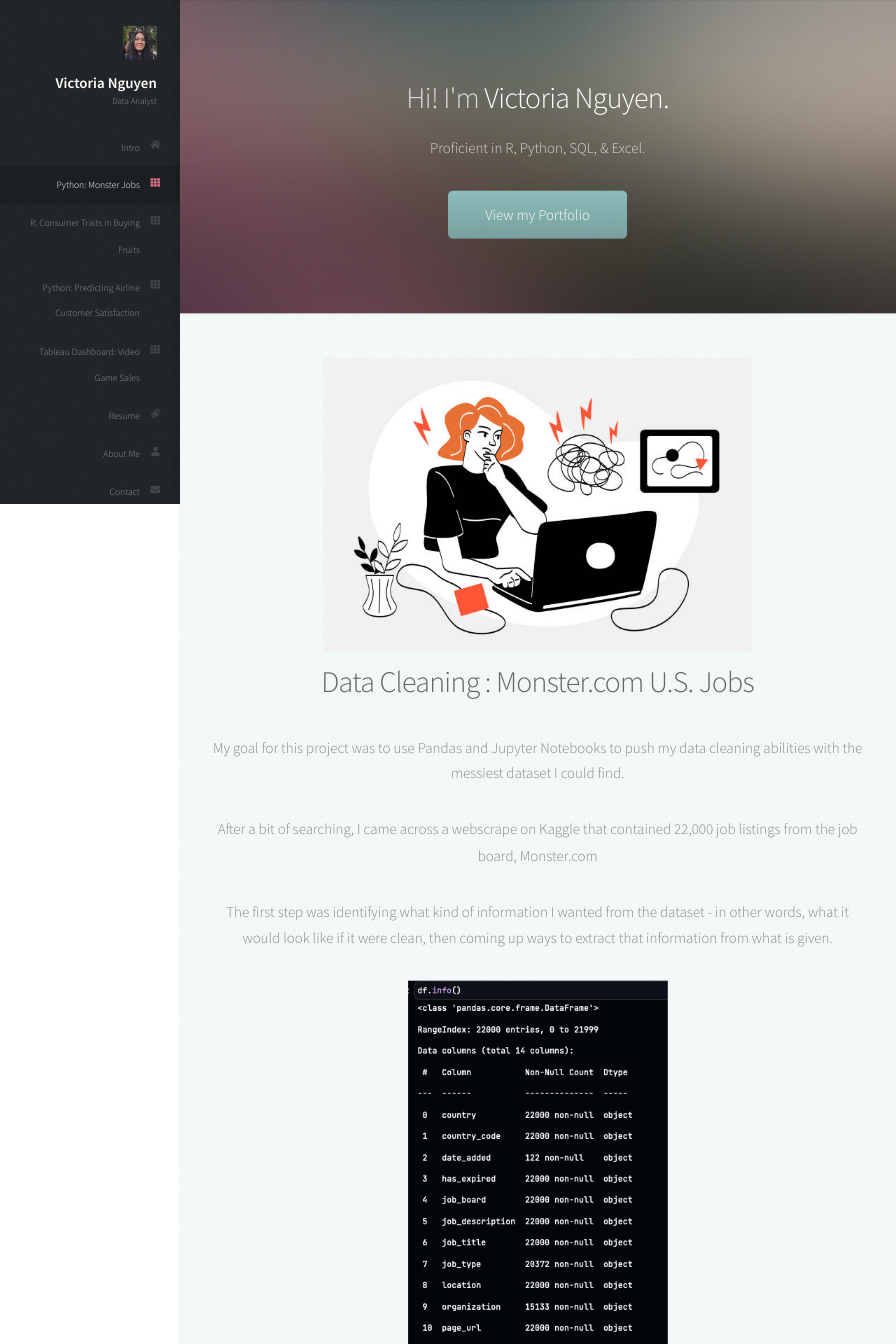
Repository: VictoriaTCNguyen/VictoriaTCNguyen
Page: index.html
These files come from the project's save history. The page is drawn as it stood at one moment and after the next save; the edit follows.
The browser window is 1280 px wide. The pictures show the part of the page from y = 0 to 1920 px (the page is 12207 px tall), at 70% of full size.

Above is the page before, as saved 2023-06-13 20:39:01.

After the next save:
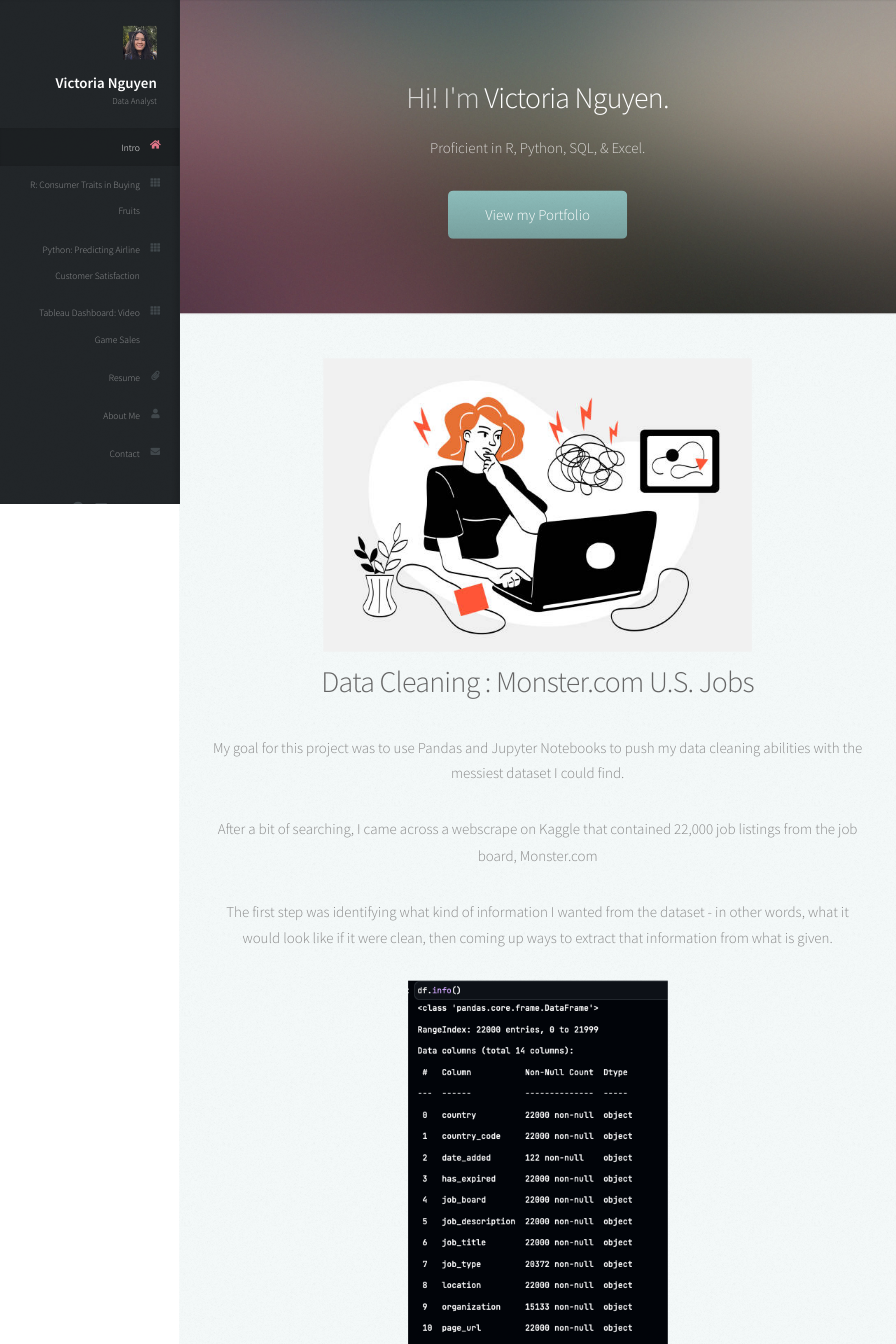
Saved 68 days later.
--- a/index.html
+++ b/index.html
@@ -30,7 +30,6 @@
 						<nav id="nav">
 							<ul>
 								<li><a href="#top" id="top-link"><span class="icon solid fa-home">Intro</span></a></li>
-								<li><a href="#portfolio" id="portfolio-link"><span class="icon solid fa-th">Python: Monster Jobs </span></a></li>
 								<li><a href="#portfolio2" id="portfolio-link"><span class="icon solid fa-th">R: Consumer Traits in Buying Fruits </span></a></li>
 								<li><a href="#portfolio3" id="portfolio-link"><span class="icon solid fa-th">Python: Predicting Airline Customer Satisfaction</span></a></li>
 								<li><a href="#portfolio4" id="portfolio-link"><span class="icon solid fa-th">Tableau Dashboard: Video Game Sales </span></a></li>
